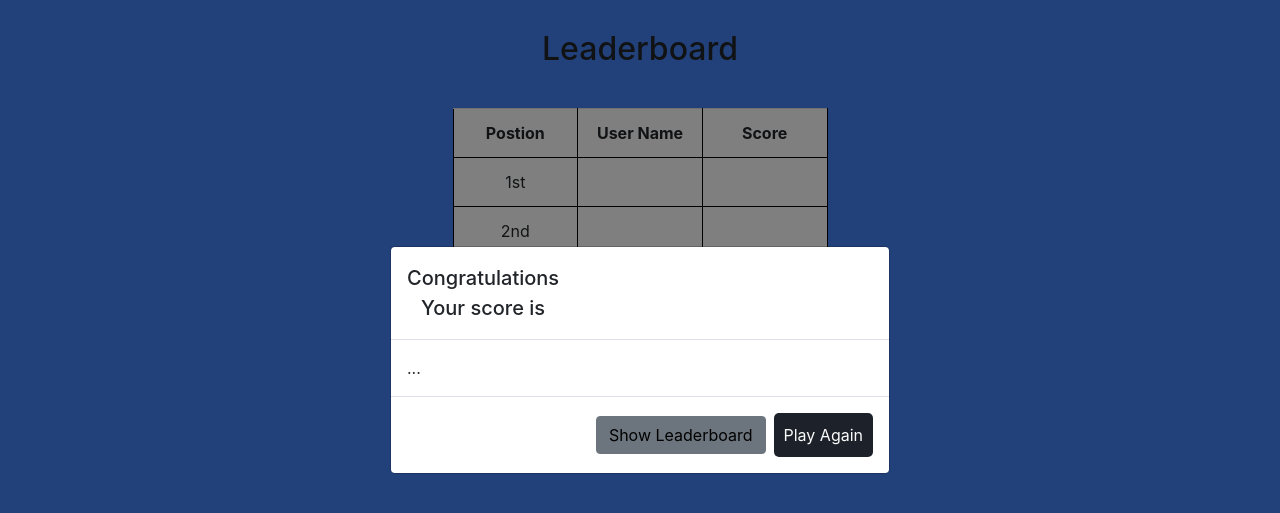
Repository: Code-Institute-Submissions/quiz-1
Page: leaderboard.html
The author's editor kept a record of every edit. The page is drawn from the files as they stood at one moment, then again after the next edit.
The browser window is 1280 px wide. The pictures show the window.
A layer covers the whole window, so only the first screen is drawn.

Above is the page before.

After the next edit:
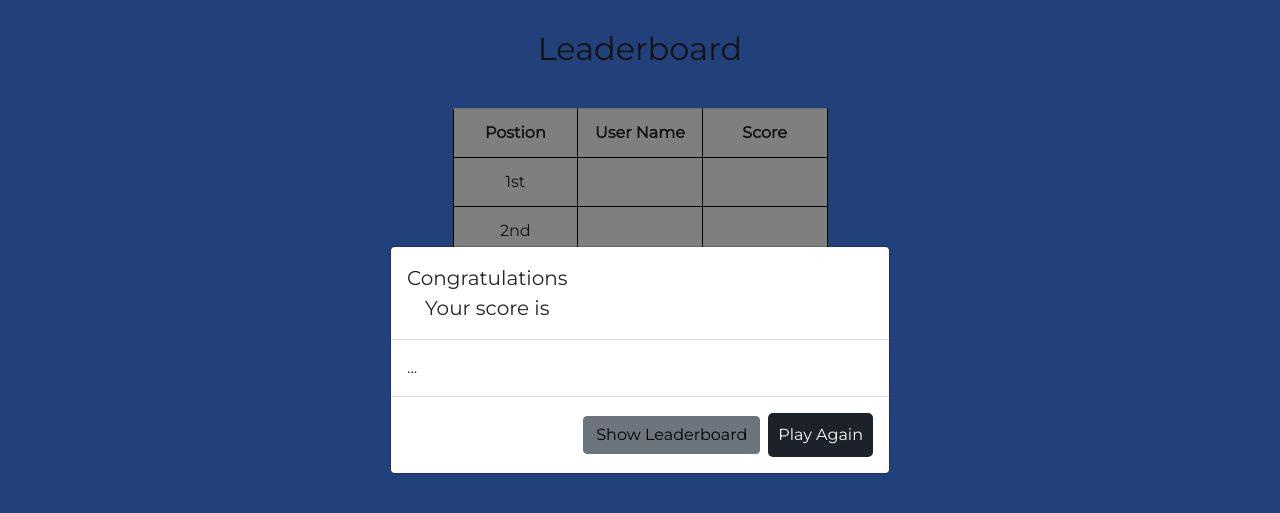
The edit:
--- a/assets/css/style.css
+++ b/assets/css/style.css
@@ -1,3 +1,9 @@
+body {
+  font-family: 'Montserrat', sans-serif;
+}
+
+
+
 /*--------------------------- home --------------- */
 
 .home {
